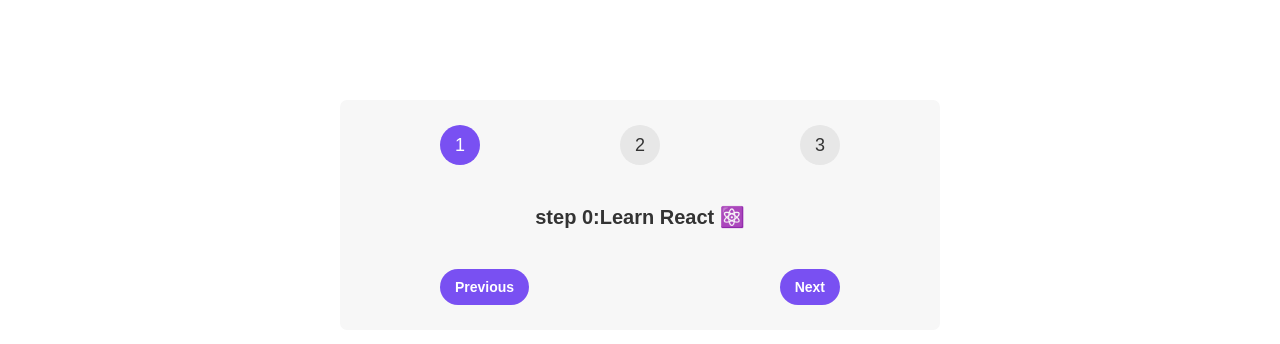
Repository: masamichan/steps
Page: /
These files come from the project's save history. The page is drawn as it stood at one moment and after the next save; the edit follows.
The browser window is 1280 px wide. The pictures show the whole page.
The project was rebuilt for these pictures with package versions that can differ from the ones it lists, and the page was loaded fresh each time.

Above is the page before, as saved 2023-12-30 17:37:36.

After the next save:
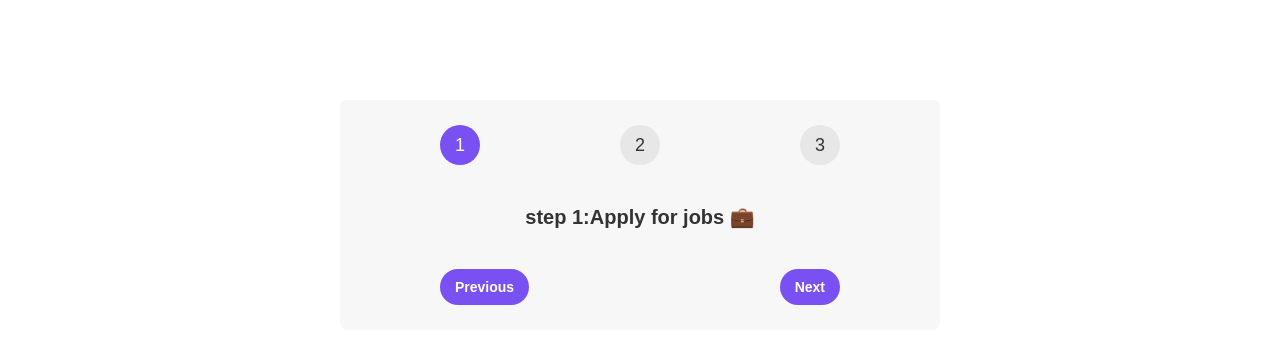
Saved 14 h 47 min later.
--- a/src/App.js
+++ b/src/App.js
@@ -5,7 +5,7 @@ const messages = [
 ];
 
 export default function App() {
-  const step = 0;
+  const step = 1;
   return (
     <div className="steps">
       <div className="numbers">
